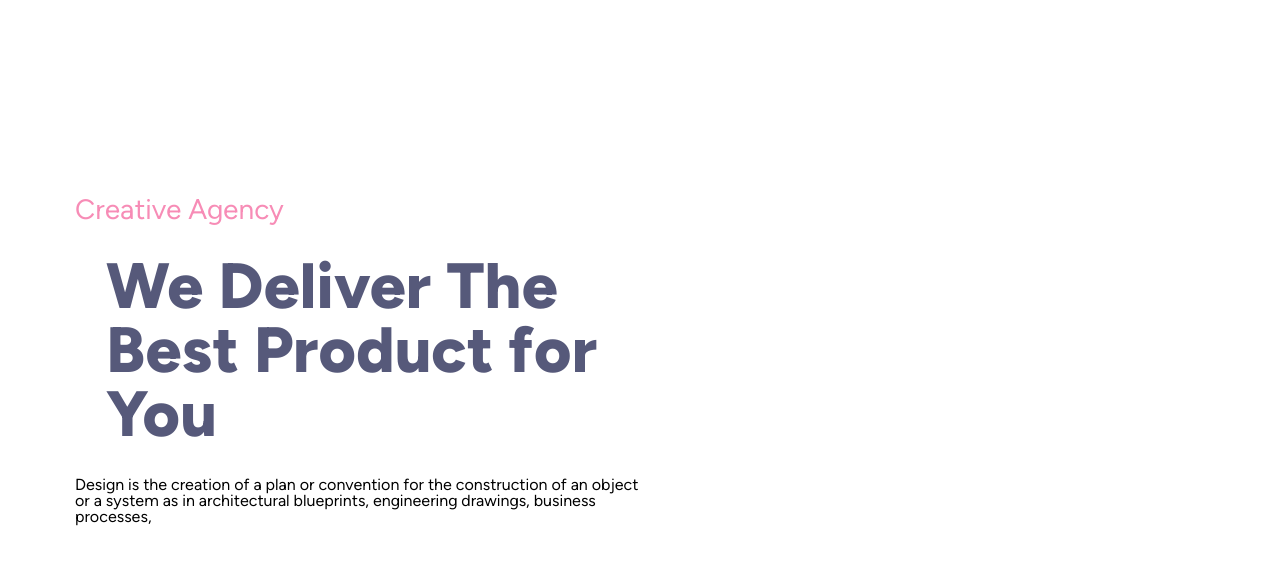
Repository: ArusyakAghajanyan/MirageFigma
Page: Figma/index.html
An editor plug-in stored every save of this project. The page is shown before and after a run of saves, followed by the edit.
The browser window is 1280 px wide. The pictures show the whole page.

Above is the page before, as saved 2022-08-11 12:55:21.

### Figma/index.html
<!DOCTYPE html>
<html lang="en">
<head>
    <meta charset="UTF-8">
    <meta http-equiv="X-UA-Compatible" content="IE=edge">
    <meta name="viewport" content="width=device-width, initial-scale=1.0">
    <link rel="stylesheet" href="./assets/./css/reset.css">
    <link rel="stylesheet" href="./assets/css/style.css">
    <title>Mirage</title>
</head>
<body>
    <header>

    </header>
    <main>
        <section class="intro">
          <div class="container">
              <div class="intro__content">
                <div class="intro__description">
                    <h2 class="intro__title">
                        Creative Agency
                    </h2>
                    <h3 class="intro__subtitle">
                        We Deliver The Best
                        Product for You
                    </h3>
                    <p class="intro__details">
                        Design is the creation of a plan or convention for the construction of an object or a system as in architectural blueprints, engineering drawings, business processes,
                    </p>
                   </div>
                   <div class="intro__image">

                   </div>
              </div>
          </div>
        </section>
    </main>
</body>
</html>

### Figma/assets/css/reset.css
html, body, div, span, applet, object, iframe,
h1, h2, h3, h4, h5, h6, p, blockquote, pre,
a, abbr, acronym, address, big, cite, code,
del, dfn, em, img, ins, kbd, q, s, samp,
small, strike, strong, sub, sup, tt, var,
b, u, i, center,
dl, dt, dd, ol, ul, li,
fieldset, form, label, legend,
table, caption, tbody, tfoot, thead, tr, th, td,
article, aside, canvas, details, embed,
figure, figcaption, footer, header, hgroup,
menu, nav, output, ruby, section, summary,
time, mark, audio, video {
	margin: 0;
	padding: 0;
	border: 0;
	font-size: 100%;
	font: inherit;
	vertical-align: baseline;
}

article, aside, details, figcaption, figure,
footer, header, hgroup, menu, nav, section {
	display: block;
}
body {
	line-height: 1;
}
ol, ul {
	list-style: none;
}
blockquote, q {
	quotes: none;
}
blockquote:before, blockquote:after,
q:before, q:after {
	content: '';
	content: none;
}
table {
	border-collapse: collapse;
	border-spacing: 0;
}
a {
        color: inherit;
    text-decoration: none;
  }
*, *::before, *::after {
    box-sizing: border-box;
  }

### Figma/assets/css/style.css
/* Fonts */
@import url("../fonts/fonts.css");

/* Variables */
@import url("./var.css");



@import url("./main.css");

/* Sections */

@import url("./sections/intro.css");

### Figma/assets/fonts/fonts.css
@font-face {
    font-family: 'Figtree';
    src: url('Figtree-Black.eot');
    src: url('Figtree-Black.eot?#iefix') format('embedded-opentype'),
        url('Figtree-Black.woff2') format('woff2'),
        url('Figtree-Black.woff') format('woff'),
        url('Figtree-Black.ttf') format('truetype');
    font-weight: 900;
    font-style: normal;
    font-display: swap;
}

@font-face {
    font-family: 'Figtree';
    src: url('Figtree-Light.eot');
    src: url('Figtree-Light.eot?#iefix') format('embedded-opentype'),
        url('Figtree-Light.woff2') format('woff2'),
        url('Figtree-Light.woff') format('woff'),
        url('Figtree-Light.ttf') format('truetype');
    font-weight: 300;
    font-style: normal;
    font-display: swap;
}

@font-face {
    font-family: 'Figtree';
    src: url('Figtree-SemiBold.eot');
    src: url('Figtree-SemiBold.eot?#iefix') format('embedded-opentype'),
        url('Figtree-SemiBold.woff2') format('woff2'),
        url('Figtree-SemiBold.woff') format('woff'),
        url('Figtree-SemiBold.ttf') format('truetype');
    font-weight: 600;
    font-style: normal;
    font-display: swap;
}

@font-face {
    font-family: 'Figtree';
    src: url('Figtree-Medium.eot');
    src: url('Figtree-Medium.eot?#iefix') format('embedded-opentype'),
        url('Figtree-Medium.woff2') format('woff2'),
        url('Figtree-Medium.woff') format('woff'),
        url('Figtree-Medium.ttf') format('truetype');
    font-weight: 500;
    font-style: normal;
    font-display: swap;
}

@font-face {
    font-family: 'Figtree';
    src: url('Figtree-Bold.eot');
    src: url('Figtree-Bold.eot?#iefix') format('embedded-opentype'),
        url('Figtree-Bold.woff2') format('woff2'),
        url('Figtree-Bold.woff') format('woff'),
        url('Figtree-Bold.ttf') format('truetype');
    font-weight: bold;
    font-style: normal;
    font-display: swap;
}

@font-face {
    font-family: 'Figtree';
    src: url('Figtree-ExtraBold.eot');
    src: url('Figtree-ExtraBold.eot?#iefix') format('embedded-opentype'),
        url('Figtree-ExtraBold.woff2') format('woff2'),
        url('Figtree-ExtraBold.woff') format('woff'),
        url('Figtree-ExtraBold.ttf') format('truetype');
    font-weight: bold;
    font-style: normal;
    font-display: swap;
}

@font-face {
    font-family: 'Figtree';
    src: url('Figtree-Regular.eot');
    src: url('Figtree-Regular.eot?#iefix') format('embedded-opentype'),
        url('Figtree-Regular.woff2') format('woff2'),
        url('Figtree-Regular.woff') format('woff'),
        url('Figtree-Regular.ttf') format('truetype');
    font-weight: normal;
    font-style: normal;
    font-display: swap;
}

### Figma/assets/css/var.css
:root {
    --primary: #F78CB6;
    --secondary: #56597A;
    --background-color: #FCFCFC;
    --secondary-light: #919299;

    /*Abstract*/
    --white: #ffffff;
}

### Figma/assets/css/main.css
html, body {
    font-family: 'Figtree', sans-serif;
}
.container {
    width: 1130px;
    margin: 0 auto;
}

### Figma/assets/css/sections/intro.css
.intro {
    height: 100vh;
    display: flex;
    align-items: center;
    justify-content: center;
}
.intro-content {
 display: flex;
 align-items: flex-start;
 justify-content: space-between;
}
.intro__description {
    width: 50%;
}

.intro__title {
    font-size: 28px;
    color: var(--primary);
    margin-bottom: 29px;
}
.intro__subtitle {
    font-size: 64px;
    font-weight: 700;
    color: var(--secondary);
    margin: 31px;
}
.intro__details {

}

After the next 10 saves:
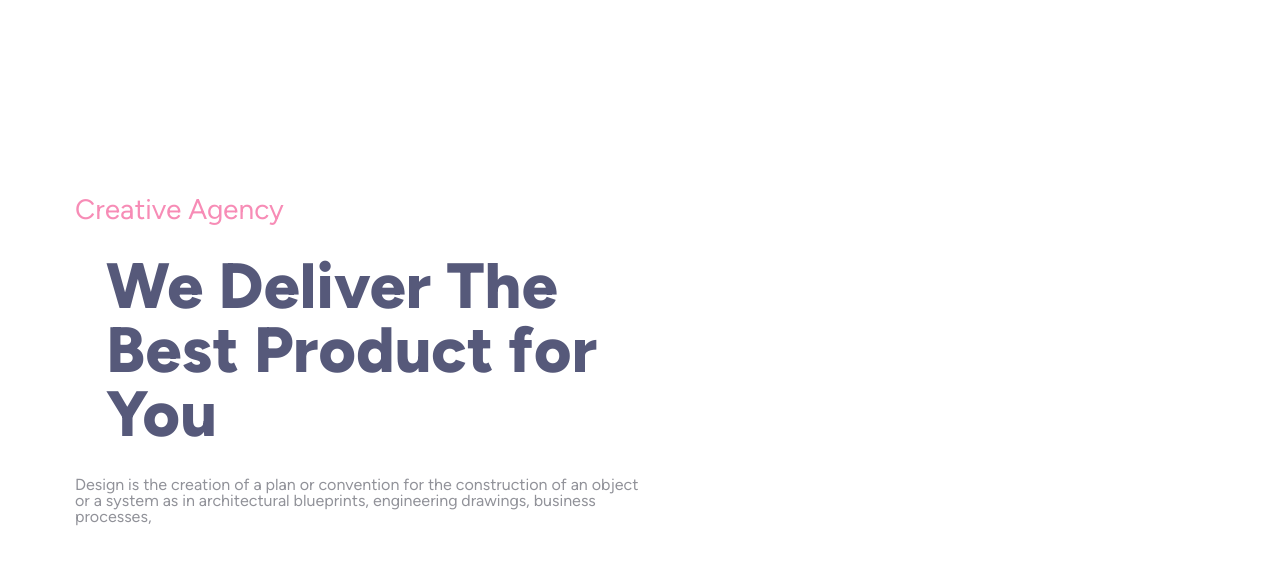
The 10 saves are shown as one change because they came seconds apart.
The last was saved 19 s later.
--- a/Figma/assets/css/sections/intro.css
+++ b/Figma/assets/css/sections/intro.css
@@ -25,5 +25,5 @@
     margin: 31px;
 }
 .intro__details {
-
+    color: var(--secondary-light);
 }
